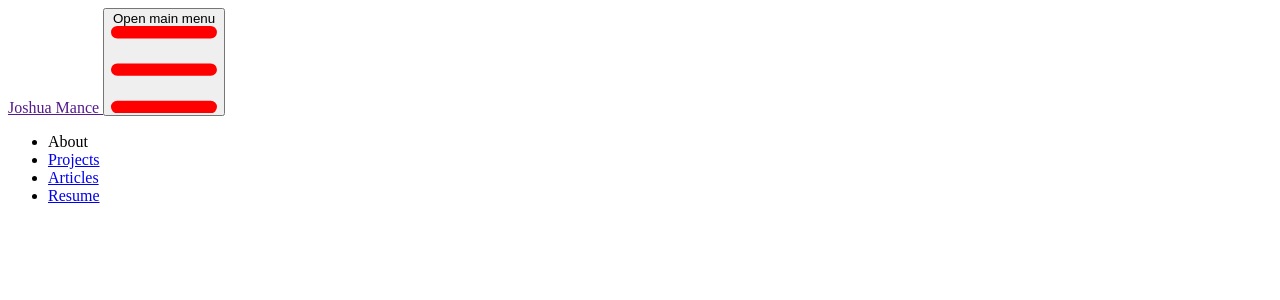
Repository: JoshMance/JoshMance.github.io
Page: src/components/navbar.html
These files come from the project's save history. The page is drawn as it stood at one moment and after a run of saves; the edit follows.
The browser window is 1280 px wide. The pictures show the whole page.

Above is the page before, as saved 2024-08-27 08:59:22.

After the next 2 saves:
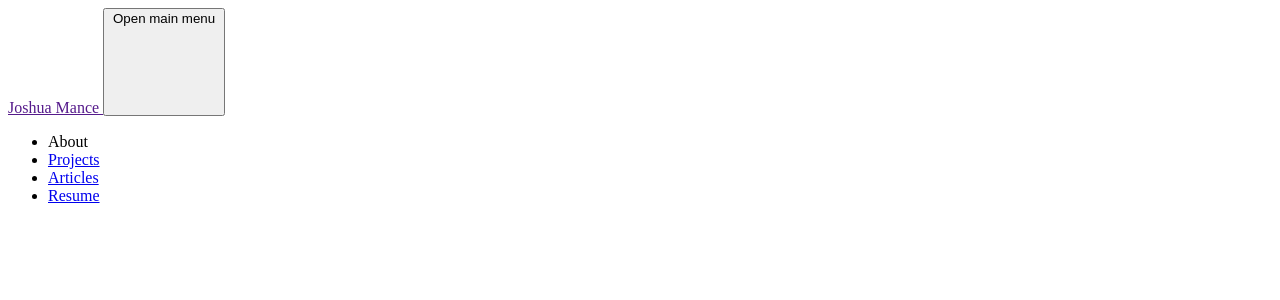
The 2 saves are shown as one change because they came seconds apart.
The last was saved 3 min 9 s later.
--- a/src/components/navbar.html
+++ b/src/components/navbar.html
@@ -8,9 +8,10 @@
     <button data-collapse-toggle="navbar-default" type="button" class="inline-flex items-center p-2 w-10 h-10 justify-center text-sm text-gray-500 rounded-lg md:hidden hover:bg-gray-100 focus:outline-none focus:ring-2 focus:ring-gray-200 dark:text-gray-400 dark:hover:bg-gray-700 dark:focus:ring-gray-600" aria-controls="navbar-default" aria-expanded="false">
         <span class="sr-only">Open main menu</span>
         <svg class="w-5 h-5" aria-hidden="true" xmlns="http://www.w3.org/2000/svg" fill="none" viewBox="0 0 17 14">
-            <path stroke="red" stroke-linecap="round" stroke-linejoin="round" stroke-width="2" d="M1 1h15M1 7h15M1 13h15"/>
+            <path stroke="secondary" stroke-linecap="round" stroke-linejoin="round" stroke-width="2" d="M1 1h15M1 7h15M1 13h15"/>
         </svg>
     </button>
+
     <div class="hidden w-full md:block md:w-auto" id="navbar">
       <ul class="text-2xl flex flex-col md:p-0 mt-5 border rounded-lg md:flex-row rtl:space-x-reverse md:mt-0 md:border-0">
         <li class="px-5">
